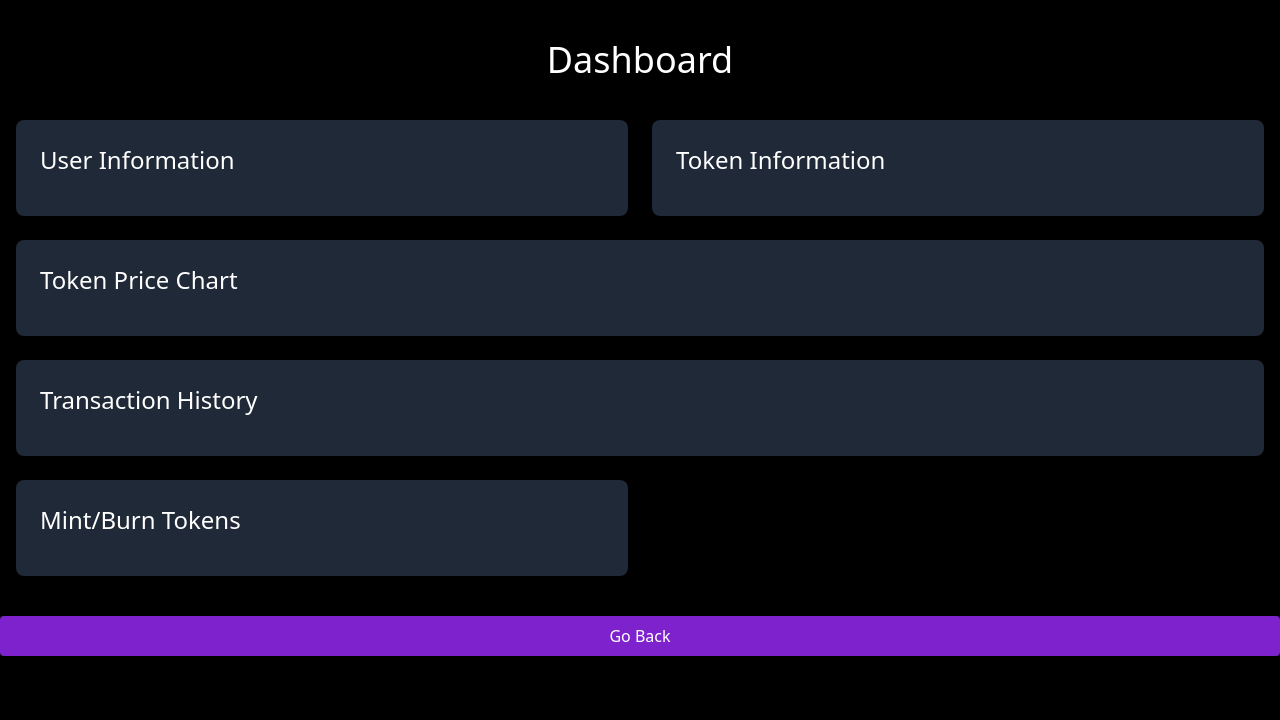
Repository: MikeeBuilds/pthnv1
Page: /dashboard
The author's editor kept a copy of each file at every save. The page is drawn from the files as they stood at one save, then again after the next save.
The browser window is 1280 px wide. The pictures show the whole page.
The project was rebuilt for these pictures with package versions that can differ from the ones it lists, and the page was loaded fresh each time. The framework's server and built-in components were replaced by stand-ins that run in the browser. Also part of the build but not shown: next.config.js.

Above is the page before, as saved 2023-07-20 17:23:21.

After the next save:
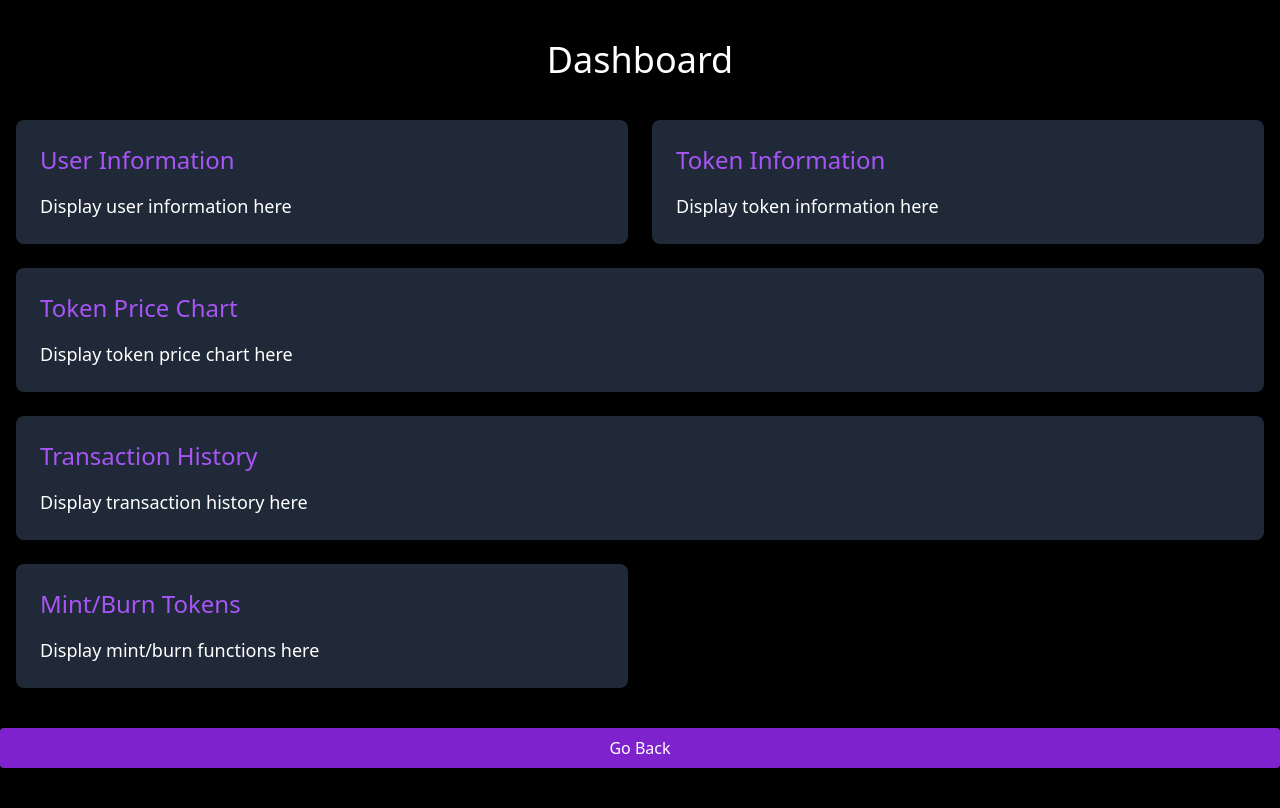
Saved 34 min 13 s later.
--- a/src/pages/dashboard/index.tsx
+++ b/src/pages/dashboard/index.tsx
@@ -9,32 +9,32 @@ const DashboardPage = () => {
       <div className="container mx-auto px-4 grid grid-cols-1 md:grid-cols-2 gap-6">
         {/* User Information */}
         <div className="bg-gray-800 rounded-lg p-6">
-          <h2 className="text-2xl mb-4">User Information</h2>
-          {/* Display user information here */}
+          <h2 className="text-2xl mb-4 text-purple-500">User Information</h2>
+          <p className="text-lg">Display user information here</p>
         </div>
 
         {/* Token Information */}
         <div className="bg-gray-800 rounded-lg p-6">
-          <h2 className="text-2xl mb-4">Token Information</h2>
-          {/* Display token information here */}
+          <h2 className="text-2xl mb-4 text-purple-500">Token Information</h2>
+          <p className="text-lg">Display token information here</p>
         </div>
 
         {/* Token Price Chart */}
         <div className="bg-gray-800 rounded-lg p-6 col-span-1 md:col-span-2">
-          <h2 className="text-2xl mb-4">Token Price Chart</h2>
-          {/* Display token price chart here */}
+          <h2 className="text-2xl mb-4 text-purple-500">Token Price Chart</h2>
+          <p className="text-lg">Display token price chart here</p>
         </div>
 
         {/* Transaction History */}
         <div className="bg-gray-800 rounded-lg p-6 col-span-1 md:col-span-2">
-          <h2 className="text-2xl mb-4">Transaction History</h2>
-          {/* Display transaction history here */}
+          <h2 className="text-2xl mb-4 text-purple-500">Transaction History</h2>
+          <p className="text-lg">Display transaction history here</p>
         </div>
 
         {/* Mint/Burn Functions */}
         <div className="bg-gray-800 rounded-lg p-6">
-          <h2 className="text-2xl mb-4">Mint/Burn Tokens</h2>
-          {/* Display mint/burn functions here */}
+          <h2 className="text-2xl mb-4 text-purple-500">Mint/Burn Tokens</h2>
+          <p className="text-lg">Display mint/burn functions here</p>
         </div>
       </div>
 
